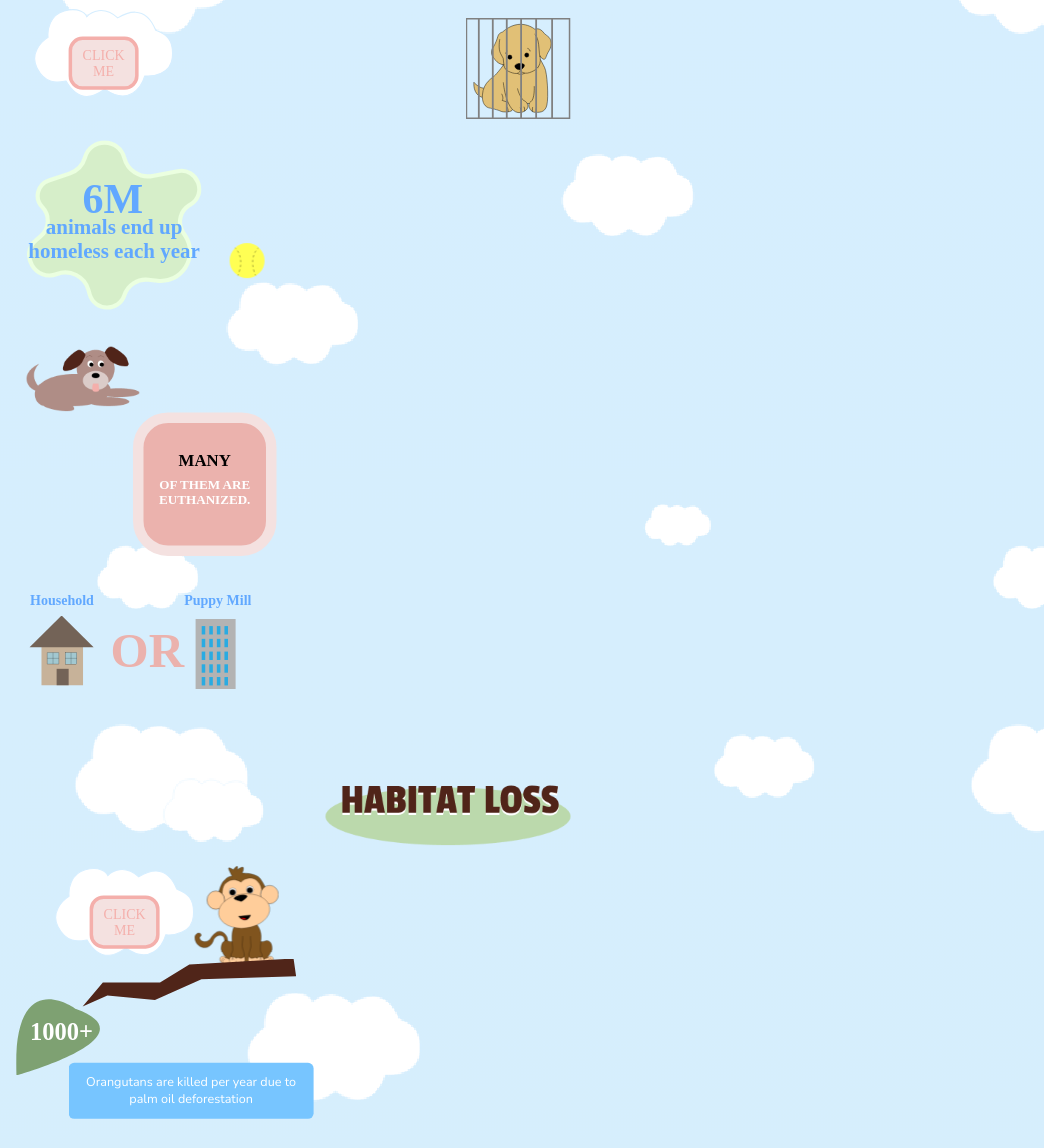
Repository: SoleilDagneau/MDIA2109Midterm
Page: index.html
These files come from the project's save history. The page is drawn as it stood at one moment and after the next save; the edit follows.
The browser window is 1280 px wide. The page is 1492 px wide, so the pictures cover 1492 px, including what lies to the right of the window. The pictures show the part of the page from y = 1175 to 2815 px (the page is 4546 px tall before and 4993 px after), at 70% of full size.
Some web fonts or font styles are not loaded; a fallback is used.

Above is the page before, as saved 2022-03-09 10:16:54.

### index.html
<!DOCTYPE html>
<html lang="en">

<head>
    <meta charset="UTF-8">
    <meta http-equiv="X-UA-Compatible" content="IE=edge">
    <meta name="viewport" content="width=device-width, initial-scale=1.0">
    <title>Animal Cruelty</title>

    <link href="styles.css" rel="stylesheet">

    <link rel="preconnect" href="https://fonts.googleapis.com">
    <link rel="preconnect" href="https://fonts.gstatic.com" crossorigin>
    <link href="https://fonts.googleapis.com/css2?family=Passion+One:wght@400;700&display=swap" rel="stylesheet">
    <link rel="preconnect" href="https://fonts.googleapis.com">
    <link rel="preconnect" href="https://fonts.gstatic.com" crossorigin>
    <link href="https://fonts.googleapis.com/css2?family=Nunito&display=swap" rel="stylesheet">

    <script src="utils/speechbubble.js"></script>
    <script src="utils/clickbubble.js"></script>
    <script src="utils/monkeyclickbubble.js"></script>
    <script src="utils/mouseclickbubble.js"></script>
    <script src="utils/squarecard.js"></script>
    <script src="utils/blobcard.js"></script>
    <script src="utils/bblobcard.js"></script>
    <script src="utils/ball.js"></script>
    <script src="utils/leafcard.js"></script>
    <script src="utils/rectcard.js"></script>

</head>

<body>
    <div class="titlepage">
        <div class="welcome_title">
            <img class="welcome" src="imgs/welcomecloud.png" alt="welcome title">
            <img class="welcomedog" src="imgs/corgi.png">
        </div>
    </div>

    <div class="content">
        <div class="overbreeding">

            <div class="conttitle">

                <img class="obtitle" src="imgs/overbreeding.svg" alt="overbreeding title">
            </div>
            <div class="contcage">
                <img class="cage" src="imgs/dogincage.svg" alt="dog in cage img">
                <the-clickbubble class="dogtext" desc_text="CLICK ME"></the-clickbubble>
                <the-speechbubble class="dogtextspeech" reappear="dogtext" button_text="next..."
                    cloud_text="People breed me in puppy mills or small households in horrible conditions."
                    cloud_text2="Breeding as many of us as they can for their own profit while we suffer.">
                </the-speechbubble>
            </div>
            <div class="contblob">
                <the-blobcard class="blob" blob_text="6M" blob_subtext="animals end up homeless each year">
                </the-blobcard>
            </div>

            <div class="dog2">
                <img class="dogpic2" src="imgs/layingdog.png">
            </div>

            <the-ball></the-ball>

            <the-squarecard class="htext" the_manytext="MANY" the_htext="OF THEM ARE EUTHANIZED."></the-squarecard>

            <div class="buildcont">
                <h3 class="housetext">Household</h3>
                <h3 class="puppymill">Puppy Mill</h3>
                <img class="house" src="imgs/house.svg">
                <img class="tower" src="imgs/building.svg">
                <h1 class="or">OR</h1>
            </div>

        </div>


        <div class="habitatloss">
            <div class="conttitle">
                <img class="hablosstitle" src="imgs/habitatloss.png" alt="habitat loss title">
            </div>
            <div>
                <img class="monkey" src="imgs/monkey.svg" alt="monkey picture" width="120px">
                <the-monkeyclickbubble class="monkeybubble" desc_text="CLICK ME"></the-monkeyclickbubble>
                <the-speechbubble reappear="monkeytext" class="monkeybubble, monkeyspeechbubble" button_text="next..."
                    cloud_text="Each year palm oil plantations tear through my home."
                    cloud_text2="We end up killed or as orphans left to fend for ourselves."></the-speechbubble>
            </div>
            <div class="branchcont">
                <the-leafcard leaf_subtext="1000+"></the-leafcard>
            </div>
            <div class="habitatcont">
                <the-rectcard class="pinkcard" info_text="Orangutans are killed per year due to palm oil deforestation">
                </the-rectcard>
            </div>
            <div class="leaf">
                <img src="imgs/leaf.svg" alt="leaf" width="200px">
            </div>
            <div class="graphcont">
                <img src="imgs/percent.svg" alt="pi graph" width="200px">
            </div>
            <div class="rectcont">
                <the-rectcard info_text="of ALL endangered species are threatened by habitat loss."></the-rectcard>
            </div>


        </div>


        <div class="cosmetictesting">
            <div class="conttitle">
                <img class="obtitle, CATheader" src="imgs/CATheader.png" alt="cosmetictesting title">
            </div>


            <div class="contblob">
                <the-blueblob class="testingblob1" blob_text="88%"></the-blueblob>
            </div>


            <div class="contcard">
                <the-squarecard info_text="of top beauty brands still fund animal testing">
                </the-squarecard>
            </div>

            <div class="contblob">
                <the-blueblob class="testingblob3" blob_text="95%"></the-blueblob>
            </div>

            <div class="contcard">
                <the-squarecard class="contcard1" info_text="of all drugs that are shown to be safe and effective in
            animal tests, fail in human tests.">
                </the-squarecard>
            </div>
            <div class="contmouse">
                <img class="mouse" src="imgs/mouse-02.svg" alt="mouse img">
                <the-mouseclickbubble class="mouseclick" desc_text="CLICK ME"></the-mouseclickbubble>
                <the-speechbubble reappear="rattext" class="mouseclick, mousespeechbub" button_text="next..."
                cloud_text="There are other ways to test cosmetics that wont poison or kill me."
                cloud_text2="Some companies use modern techniques that can be safer for humans too."></the-speechbubble>
            </div>

        </div>
</body>

</html>

### styles.css
body{
    background-image: url(imgs/background.svg);
    background-size: cover;
}

.titlepage{
    display:block;
    position: relative;
    top:170px;
    left:-40px;
}


.welcome{
    display: flex;
    position: relative;
    margin: auto;
    top: 50px;
    left: 30px;
    right: 90px;
    justify-content: center;
}

.welcomedog {
    display:flex;
    margin: auto;
    position: relative;
    left: 135px;
    top: -80px;
    right: 90px;
    justify-content: center;
}
/*--------------------------END OF TITLE SECTION-------------------------------*/
.overbreeding{
    display:block;
    position:relative;
    top:300px;


}
.obtitle{
    width:350px;
    display: flex;
    position:relative;
    margin: auto;
}
.cage{
    width:150px;
    display: flex;
    position: relative;
    left: 100px;
    top: 50px;
    margin: auto;

}
.dogtext{
    display: flex;
    position:absolute;
    top:250px;
    left:40px;
    margin: auto;
}

.dogtextspeech {
    display: flex;
    position:absolute;
    top:230px;
    left:10px;
    margin: auto;
}
.blob{
    display: flex;
    position:relative;
    left:30px;
    top:80px;
}
.htext{
    display:flex;
    position: relative;
    left: 150px;
    top:-80px;
}
.house{
    width:100px;
    height:100px;
    display:flex;
    position:relative;
    left:30px;

}
.tower{
    width:100px;
    height:100px;
    display:flex;
    position:relative;
    left:250px;
    top:-95px;
}
.housetext{
    font-family: 'passion one', cursive;
    font-size:20px;
    color:#61A8FF;
    display:inline;
    position:relative;
    left:35px;
    bottom:10px;
}
.puppymill{
    font-family: 'passion one', cursive;
    font-size:20px;
    color:#61A8FF;
    display:inline;
    position:relative;
    left:160px;
    bottom: 10px;
}
.or{
    font-family: 'passion one', cursive;
    font-size:70px;
    color:#EBB2AD;
    display:inline;
    position:relative;
    top:-190px;
    left:150px;
}
.buildcont{
    display:inline;
    position:relative;
    top:-50px;
}
.dog2{
    display:flex;
    position:relative;
    left: 30px;
}



/*------------------END OF SECTION 1----------------------------*/
.cosmetictesting {
    display:block;
    position:relative;
    top:230px;
    left: 75px;
}

.CATheader {
    position:relative;
    right:75px;
}
.testingblob1 {
    display: flex;
    position:absolute;
    right:210px;
    top:175px;
}

.contcard {
    display: flex;
    position:relative;
    top:160px;
    left: 100px;
}

.testingblob3 {
    display: flex;
    position:relative;
    right:70px;
    top:120px;
}

.contcard1 {
    display: flex;
    position:relative;
    bottom: 120px;
    left: -5px;
}

.mouse {
    width:200px;
    height: 200px;
    display: flex;
    position: absolute;
    left: 120px;
    top: 1000px;
    margin: auto;
}

.mouseclick {
    display: flex;
    position:absolute;
    top:950px;
    left:-50px;
    margin: auto;
}

.mousespeechbub {
    display: flex;
    position:absolute;
    top:920px;
    left:-80px;
    margin: auto;
}

/* -------------------------------END OF SECTION 2-------------------------------*/
.contmonkey {
    display:flex;
    left: 350px;
    justify-content: flex-end;
    margin-right: 50px;
    margin-top: 20px;
    top: -100px;
}

.contcard3 {
    display:flex;
    justify-content: flex-end;
}

.hablosstitle {
    width:350px;
    display: flex;
    position:relative;
    margin: auto;
    top: 170px;
}

.habitatloss {
    position: relative;
    top: 30px;

}

.monkey {
    position: relative;
    top: 200px;
    left: 270px;
    animation: bounce2 2s ease infinite;
}

@keyframes bounce2 {
	0%, 20%, 50%, 80%, 100% {transform: translateY(0);}
	40% {transform: translateY(-30px);}
	60% {transform: translateY(-15px);}
}

.monkeybubble {
    position: absolute;
    top: 300px;
    left: 70px;
}

.monkeyspeechbubble {
    position: absolute;
    top: 290px;
    left: 30px;
}
.branchcont {
    position: relative;
    top: 187px;
    left: 15px;
    width: 400px;
}


.habitatcont {
    position: relative;
    left: 200px;
}

.pinkcard {
    position: relative;
    right: 110px;
    top: 55px;
}

.leaf {
    position: relative;
    right: 30px;
    top: 100px;
}

.graphcont {
    position: relative;
    left: 220px;
    bottom: -60px;
}

.rectcont {
    position: relative;
    left: 35px;
    top: 90px;;
}

.content {
    position: relative;
    top: 200px;
}

### utils/mouseclickbubble.js
//MUST HAVE - CREATE A TEMPLATE TAG
var template_mouseclickbubble = document.createElement("template"); //<template> </template> RULE

//To-do - CREATE THE UI HERE!
template_mouseclickbubble.innerHTML = `

<style>
    #desc_text {
        font-family:'passion one', cursive;
        color: #F4AFAB;
        font-size:20px;
        padding: 10px;
        background-color:#F4E1E0;
        border: 5px solid #F4AFAB;
        border-radius: 20px;
        position: absolute;
        display:flex;
        justify-content:center;
        top:-10px;

        margin:50px;
    }
    #desc_text:hover{
        background-color:#F4AFAB;
        color:white;
    }
    img{
        width: 200px;
    }
    #click_bubble{
        display:flex;
    }
</style>
<div id="click_bubble">
    <img src="imgs/cloud.svg" alt="cloud svg"/>
        <button id="desc_text">
            CLICK ME
        </button>
</div>
`;

//MUST HAVE - CREATE A CLASS WITH HTMLELEMENT POWERS (interfaces/functionalities)
class TheMouseClickBubble extends HTMLElement {

    //MUST HAVE - CREATE A CONSTRUCTOR TO DO INITAL ASSOCIATIONS
    constructor(){
        super(); //pass on the HTMLElement super powers!
        this.attachShadow({mode:"open"}) //Attach it to the shadowRoot

        //To-do - CREATE THE STATES FOR THE UI HERE!
    }

    //MUST HAVE - FUNCTION THAT RUNS AFTER IT'S CONNECTED
    connectedCallback(){
        this.shadowRoot.appendChild(template_mouseclickbubble.content.cloneNode(true)); //use the template to make a clone
        this.shadowRoot.querySelector("#desc_text").innerText = this.getAttribute("desc_text"); //use the template to make a clone
        this.shadowRoot.querySelector("#desc_text").onclick = () => {
            this.buttonDisappear();
            document.querySelector(".mousespeechbub").buttonAppear(this.getAttribute("desc_text"));
        }
    }

    //To-do - CREATE THE FUNCTIONALITIES HERE!
    buttonDisappear() {
        this.shadowRoot.querySelector("#click_bubble").style.cssText = `
        display:none;
        `
    }
    buttonReappear() {
        this.shadowRoot.querySelector("#click_bubble").style.cssText = `
        display:block;
        `
    }
}

//MUST HAVE - define the tag for the custom elements
customElements.define("the-mouseclickbubble", TheMouseClickBubble)

### utils/blobcard.js
//MUST HAVE - CREATE A TEMPLATE TAG
var template_bcard = document.createElement("template"); //<template> </template> RULE

//To-do - CREATE THE UI HERE!
template_bcard.innerHTML = `

<style>
    #blob_text {
        font-family:'passion one', cursive;
        font-size:60px;
        color:#61A8FF;
        position:absolute;
        text-align:center;
        top:10px;
        left:80px;
    }
    #blob_subtext{
        font-size:30px;
        color:#61A8FF;
        font-family:'passion one', cursive;
        display:block;
        position:relative;
        text-align:center;
        top:-170px;
    }
    #the_blobcard{
        width:250px;
    }
    #the_blobcard:hover{

    }
    .quotes{
        font-family:'passion one', cursive;
        color:#61A8FF;
        font-size:110px;
        display:none;
        position:relative;
        top:-300px;
    }
    .quotes2{
        font-family:'passion one', cursive;
        color:#61A8FF;
        font-size:110px;
        display:none;
        position:relative;
        top:-350px;
        left:200px;

    }
</style>
<div class="container">
    <div id="the_blobcard">
        <img id="" src="imgs/blob.svg" alt=""/>
            <h1 class="quotes">"</h1>
            <h1 class="quotes2">"</h1>
            <h1 id="blob_text">
                blob text
            </h1>
            <h3 id="blob_subtext">
                blob subtext
            </h3>
    </div>
</div>
`;

//MUST HAVE - CREATE A CLASS WITH HTMLELEMENT POWERS (interfaces/functionalities)
class TheBlobCard extends HTMLElement {

    //MUST HAVE - CREATE A CONSTRUCTOR TO DO INITAL ASSOCIATIONS
    constructor(){
        super(); //pass on the HTMLElement super powers!
        this.attachShadow({mode:"open"}) //Attach it to the shadowRoot

        //To-do - CREATE THE STATES FOR THE UI HERE!
    }

    //MUST HAVE - FUNCTION THAT RUNS AFTER IT'S CONNECTED
    connectedCallback(){
        this.shadowRoot.appendChild(template_bcard.content.cloneNode(true));
        this.shadowRoot.querySelector("#blob_text").innerText = this.getAttribute("blob_text");
        this.shadowRoot.querySelector("#blob_subtext").innerText = this.getAttribute("blob_subtext");
         //use the template to make a clone
    }

    //To-do - CREATE THE FUNCTIONALITIES HERE!
}

//MUST HAVE - define the tag for the custom elements
customElements.define("the-blobcard", TheBlobCard)

### utils/bblobcard.js
//MUST HAVE - CREATE A TEMPLATE TAG
var template_blueblob = document.createElement("template"); //<template> </template> RULE

//To-do - CREATE THE UI HERE!
template_blueblob.innerHTML = `
<style>
    #blob_text {
        font-family:'passion one', cursive;
        font-size:80px;
        color:#F4AFAB;
        position:absolute;
        text-align:center;
        top:25px;
        left:50px;
    }

    #the_blueblob{
        width:250px;
    }
</style>

<div id="the_blueblob">
    <img id="" src="imgs/blueblob.svg" alt=""/>
         <h1 id="blob_text">
                blob text
         </h1>
</div>

`;

//MUST HAVE - CREATE A CLASS WITH HTMLELEMENT POWERS (interfaces/functionalities)
class TheBlueBlob extends HTMLElement {

    //MUST HAVE - CREATE A CONSTRUCTOR TO DO INITAL ASSOCIATIONS
    constructor(){
        super(); //pass on the HTMLElement super powers!
        this.attachShadow({mode:"open"}) //Attach it to the shadowRoot

        //To-do - CREATE THE STATES FOR THE UI HERE!
    }

    //MUST HAVE - FUNCTION THAT RUNS AFTER IT'S CONNECTED
    connectedCallback(){
        this.shadowRoot.appendChild(template_blueblob.content.cloneNode(true)); //use the template to make a clone
        this.shadowRoot.querySelector("#blob_text").innerText = this.getAttribute("blob_text");
    }

    //To-do - CREATE THE FUNCTIONALITIES HERE!
}

//MUST HAVE - define the tag for the custom elements
customElements.define("the-blueblob", TheBlueBlob)

### utils/ball.js
//MUST HAVE - CREATE A TEMPLATE TAG
var template_ball = document.createElement("template"); //<template> </template> RULE

//To-do - CREATE THE UI HERE!
template_ball.innerHTML = `
<style>
.ballpic{
    width:50px;
    display: flex;
    position: relative;
    left:20rem;
    top:-15rem;
    animation: bounce2 2s ease infinite;
}
.ballpic:hover{
    filter: grayscale(80%);
}
@keyframes bounce2 {
	0%, 20%, 50%, 80%, 100% {transform: translateY(0);}
	40% {transform: translateY(-30px);}
	60% {transform: translateY(-15px);}
}
</style>

<div class="ball">
       <img class="ballpic" src="imgs/ball.svg" alt="ball img">
</div>
`;

//MUST HAVE - CREATE A CLASS WITH HTMLELEMENT POWERS (interfaces/functionalities)
class TheBall extends HTMLElement {

    //MUST HAVE - CREATE A CONSTRUCTOR TO DO INITAL ASSOCIATIONS
    constructor(){
        super(); //pass on the HTMLElement super powers!
        this.attachShadow({mode:"open"}) //Attach it to the shadowRoot

        //To-do - CREATE THE STATES FOR THE UI HERE!
    }

    //MUST HAVE - FUNCTION THAT RUNS AFTER IT'S CONNECTED
    connectedCallback(){
        this.shadowRoot.appendChild(template_ball.content.cloneNode(true));
        this.shadowRoot.querySelector(".ballpic").onclick = () => {
            this.ballSlide();
            document.querySelector("the-ball").buttonAppear(this.getAttribute(".ballpic"));

        }
    }

    //To-do - CREATE THE FUNCTIONALITIES HERE!
    ballSlide(){
        this.shadowRoot.querySelector(".ball").style.cssText = `
        display:flex;
        position:relative;
        top:180px;
        left: -150px;
        `
    }


}


//MUST HAVE - define the tag for the custom elements
customElements.define("the-ball", TheBall)

### utils/leafcard.js
//MUST HAVE - CREATE A TEMPLATE TAG
var template_leafcard = document.createElement("template"); //<template> </template> RULE

//To-do - CREATE THE UI HERE!
template_leafcard.innerHTML = `

<style>

    #leaf_subtext{
        font-size:35px;
        color:#FFF;
        font-family:'passion one', cursive;
        display:block;
        position:relative;
        text-align:left;
        top:-120px;
        right: -20px;

    }

</style>
<div class="container">
    <div id="the_leafcard">
        <img id="" src="imgs/leafwithbranch.svg" alt=""/>
            <h3 id="leaf_subtext">
                leaf subtext
            </h3>
    </div>
</div>
`;

//MUST HAVE - CREATE A CLASS WITH HTMLELEMENT POWERS (interfaces/functionalities)
class TheLeafCard extends HTMLElement {

    //MUST HAVE - CREATE A CONSTRUCTOR TO DO INITAL ASSOCIATIONS
    constructor(){
        super(); //pass on the HTMLElement super powers!
        this.attachShadow({mode:"open"}) //Attach it to the shadowRoot

        //To-do - CREATE THE STATES FOR THE UI HERE!
    }

    //MUST HAVE - FUNCTION THAT RUNS AFTER IT'S CONNECTED
    connectedCallback(){
        this.shadowRoot.appendChild(template_leafcard.content.cloneNode(true));
        this.shadowRoot.querySelector("#leaf_subtext").innerText = this.getAttribute("leaf_subtext");
         //use the template to make a clone
    }

    //To-do - CREATE THE FUNCTIONALITIES HERE!
}

//MUST HAVE - define the tag for the custom elements
customElements.define("the-leafcard", TheLeafCard)

### utils/rectcard.js
//MUST HAVE - CREATE A TEMPLATE TAG
var template_rectcard = document.createElement("template"); //<template> </template> RULE

//To-do - CREATE THE UI HERE!
template_rectcard.innerHTML = `
<style>
#infocard {
    width: 350px;
    height: 80px;
    background-color:#77C5FF;
    border-radius: 8px;
    padding: 5px;
    box-sizing: border-box;
}

#info_text {
    display:flex;
    justify-content:center;
    font-size:18px;
    font-family: 'nunito', sans-serif;
    color: white;
    padding: 10px;
    text-align: center;
}

</style>

<div id="infocard" class="scrollone">
<div id="info_text">
info text
</div>
</div>
`;

//MUST HAVE - CREATE A CLASS WITH HTMLELEMENT POWERS (interfaces/functionalities)
class TheRectCard extends HTMLElement {

    //MUST HAVE - CREATE A CONSTRUCTOR TO DO INITAL ASSOCIATIONS
    constructor(){
        super(); //pass on the HTMLElement super powers!
        this.attachShadow({mode:"open"}) //Attach it to the shadowRoot

        //To-do - CREATE THE STATES FOR THE UI HERE!
    }

    //MUST HAVE - FUNCTION THAT RUNS AFTER IT'S CONNECTED
    connectedCallback(){
        this.shadowRoot.appendChild(template_rectcard.content.cloneNode(true)); //use the template to make a clone
        this.shadowRoot.querySelector("#info_text").innerText = this.getAttribute("info_text");
    }

    //To-do - CREATE THE FUNCTIONALITIES HERE!

}

//MUST HAVE - define the tag for the custom elements
customElements.define("the-rectcard", TheRectCard)

Loaded but not shown: utils/speechbubble.js (117 lines, source omitted); utils/squarecard.js (91 lines, source omitted); utils/clickbubble.js (85 lines, source omitted); utils/monkeyclickbubble.js (76 lines, source omitted)

After the next save:
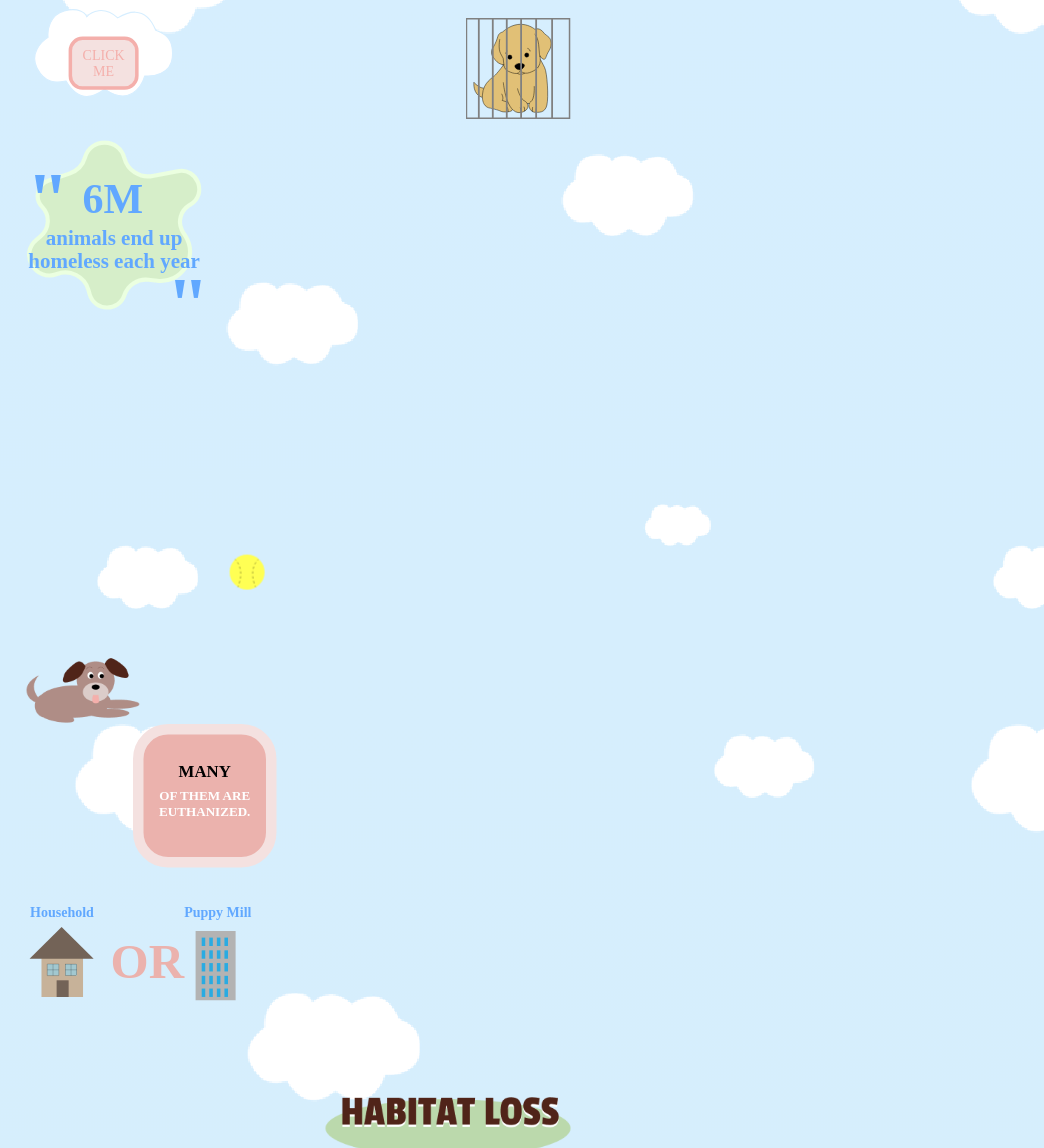
Saved 63 s later.
--- a/utils/blobcard.js
+++ b/utils/blobcard.js
@@ -21,7 +21,7 @@ template_bcard.innerHTML = `
         display:block;
         position:relative;
         text-align:center;
-        top:-170px;
+        top:-600px;
     }
     #the_blobcard{
         width:250px;
@@ -33,7 +33,7 @@ template_bcard.innerHTML = `
         font-family:'passion one', cursive;
         color:#61A8FF;
         font-size:110px;
-        display:none;
+        display:flex;
         position:relative;
         top:-300px;
     }
@@ -41,7 +41,7 @@ template_bcard.innerHTML = `
         font-family:'passion one', cursive;
         color:#61A8FF;
         font-size:110px;
-        display:none;
+        display:flex;
         position:relative;
         top:-350px;
         left:200px;
